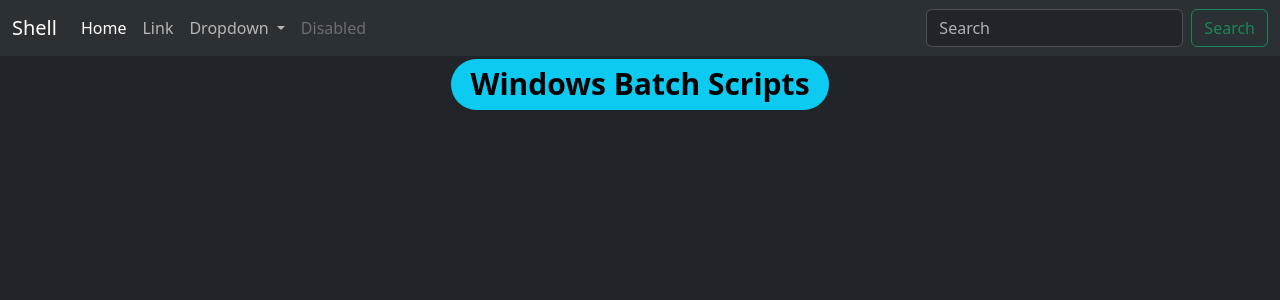
Repository: VictoriousMango/Archive
Page: index.html
An editor plug-in stored every save of this project. The page is shown before and after the next save, followed by the edit.
The browser window is 1280 px wide. The pictures show the whole page.

Above is the page before, as saved 2024-06-05 23:55:31.

After the next save:
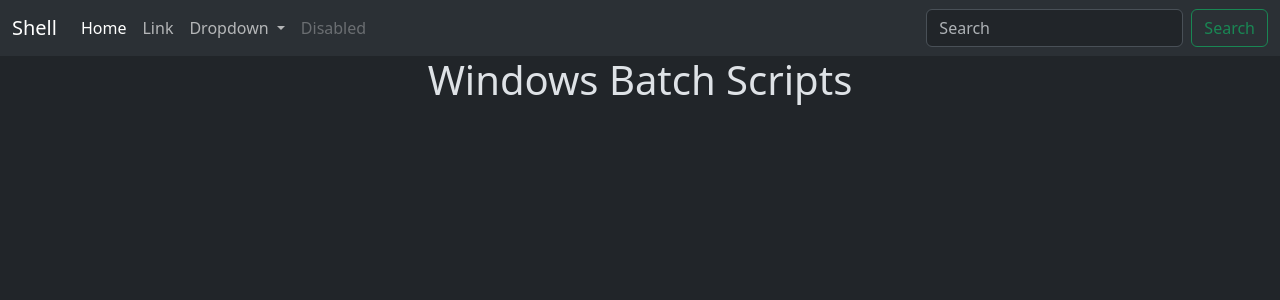
Saved 47 s later.
--- a/index.html
+++ b/index.html
@@ -45,7 +45,7 @@
         </nav>
         <!-- NavBar -->
 
-        <h1 align="center"><span class="badge rounded-pill text-bg-info">Windows Batch Scripts</span></h1>
+        <h1 align="center">Windows Batch Scripts</h1>
 
         <!-- Including JS -->
         <script src="https://cdn.jsdelivr.net/npm/bootstrap@5.3.3/dist/js/bootstrap.bundle.min.js" integrity="sha384-YvpcrYf0tY3lHB60NNkmXc5s9fDVZLESaAA55NDzOxhy9GkcIdslK1eN7N6jIeHz" crossorigin="anonymous"></script>
